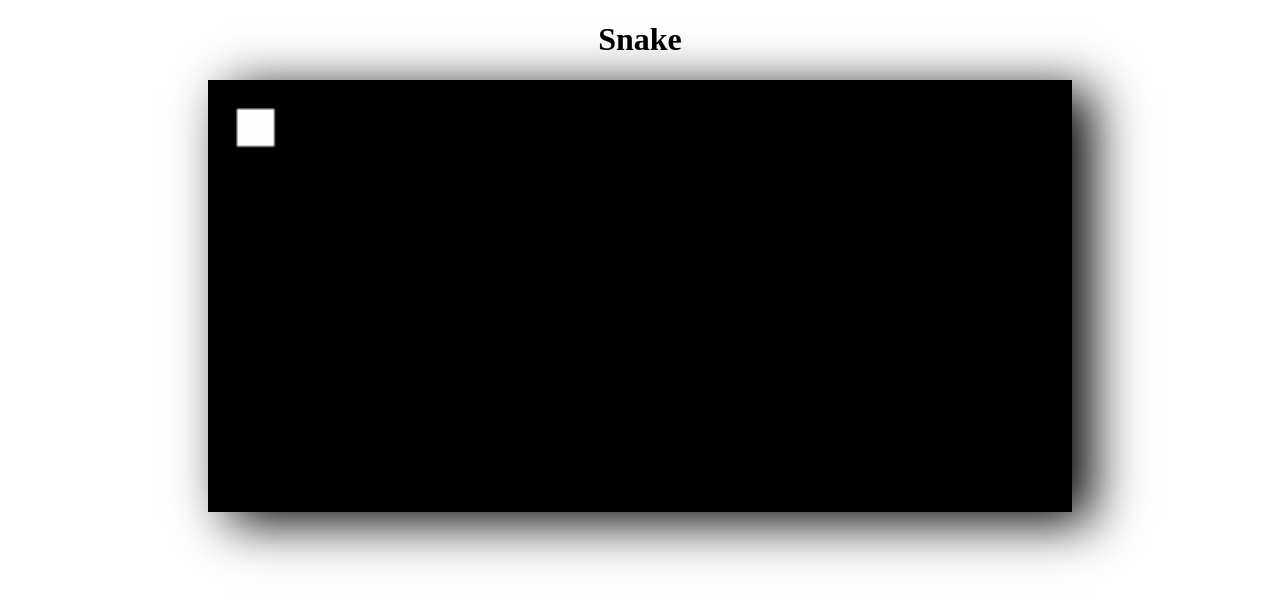
Repository: Ellisvelandia/snake
Page: index.html
These files come from the project's save history. The page is drawn as it stood at one moment and after the next save; the edit follows.
The browser window is 1280 px wide. The pictures show the whole page.

Above is the page before, as saved 2022-08-26 23:11:17.

### index.html
<!DOCTYPE html>
<html lang="en">
<head>
  <meta charset="UTF-8">
  <meta http-equiv="X-UA-Compatible" content="IE=edge">
  <meta name="viewport" content="width=device-width, initial-scale=1.0">
  <link rel="stylesheet" href="style.css">
  <title>Snake</title>
</head>
<body>

  <h1>Snake</h1>

  <canvas id="game"></canvas>
  <script src="index.js"></script>
</body>
</html>

### style.css
body {
  margin: 0;
  padding: 0;
  display: flex;
  flex-direction: column;
  justify-content: center;
  align-items: center;
}

canvas {
  box-shadow: #000 20px 10px 50px;
  max-width:  80vw;
  height: 60vh;
}

### index.js
const canvas = document.getElementById("game");
const ctx = canvas.getContext("2d");

let speed = 7;

let tileCount = 20;
let tileSize = canvas.width / tileCount - 2;
let headX = 10;
let headY = 10;

let xVelocity=0;
let yVelocity=0;

// game  loop

function drawGame() {
  clearScreen();
  drawSnake();
  setTimeout(drawGame, 1000 / speed);
}

function clearScreen() {
  ctx.fillStyle = "#000";
  ctx.fillRect(0,0, canvas.width, canvas.height);
}

function drawSnake() {
  ctx.fillStyle = "#fefefe"
  ctx.fillRect(headX % tileCount, headY % tileCount, tileSize,tileSize);
}

drawGame();

After the next save:
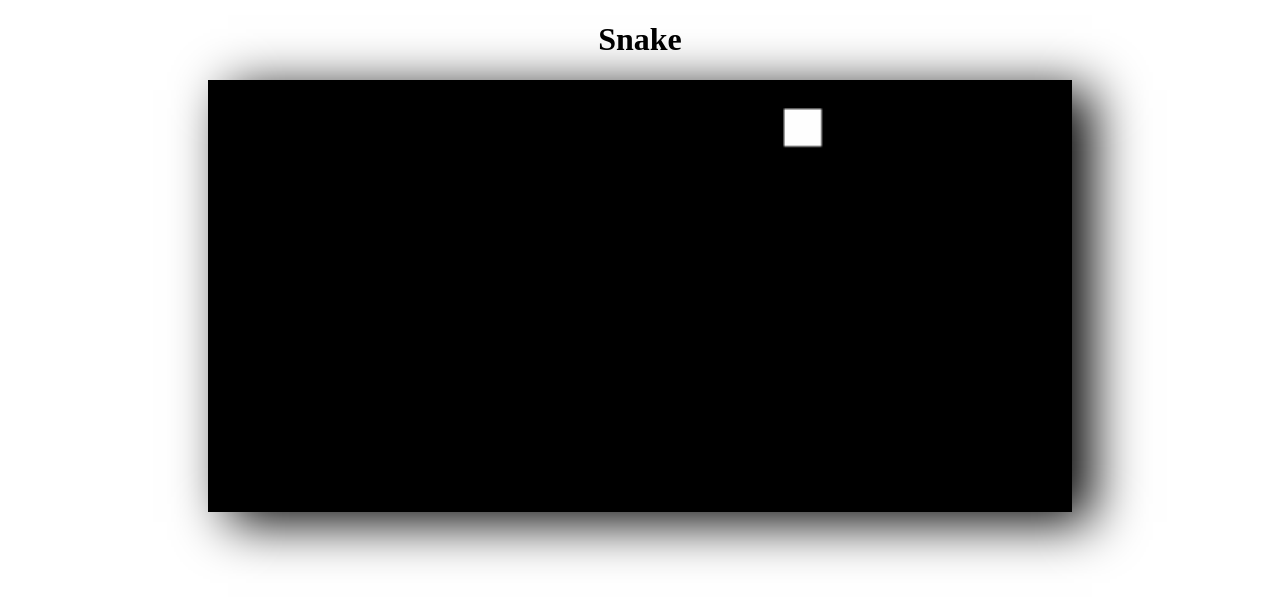
Saved 7 s later.
--- a/index.js
+++ b/index.js
@@ -26,7 +26,7 @@ function clearScreen() {
 
 function drawSnake() {
   ctx.fillStyle = "#fefefe"
-  ctx.fillRect(headX % tileCount, headY % tileCount, tileSize,tileSize);
+  ctx.fillRect(headX * tileCount, headY % tileCount, tileSize,tileSize);
 }
 
 drawGame();
